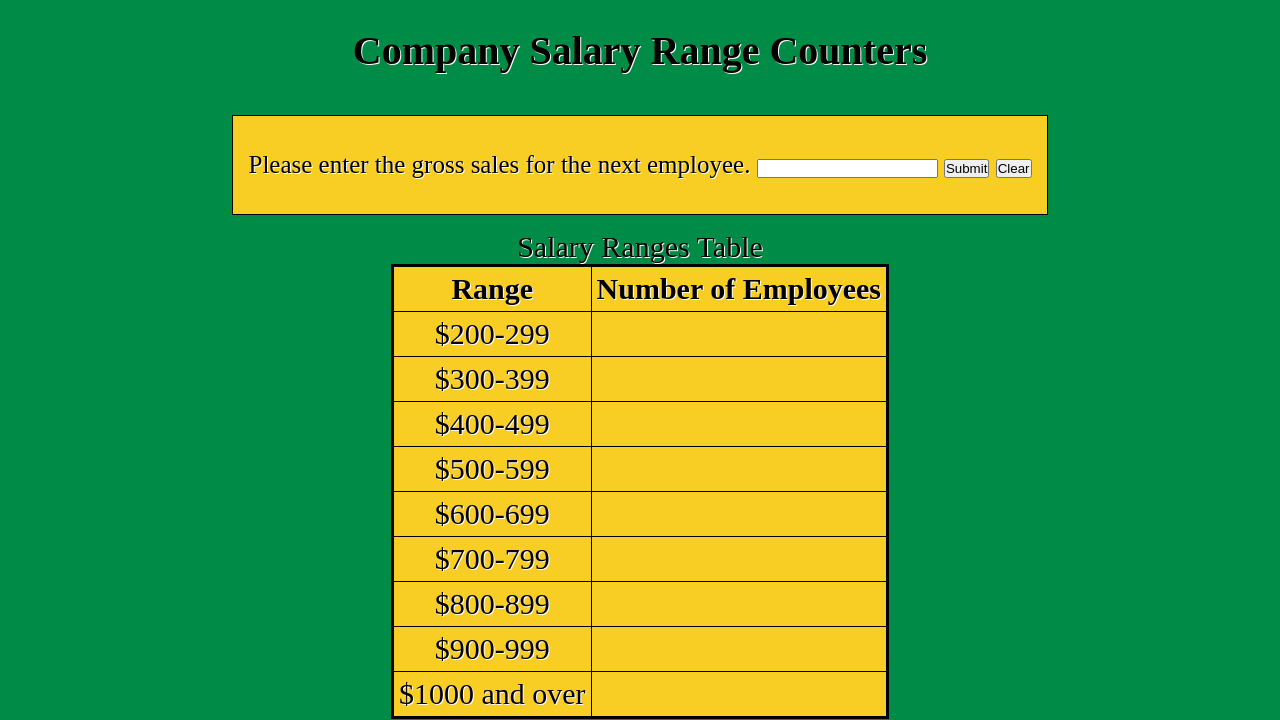
Repository: mlmEFSC21/P17-Sales-Commision
Page: sales.html
These files come from the project's save history. The page is drawn as it stood at one moment and after the next save; the edit follows.
The browser window is 1280 px wide. The pictures show the whole page.

Above is the page before, as saved 2022-04-02 08:37:35.

### sales.html
<!DOCTYPE html>
<html lang="en">
    <head>
        <meta charset="UTF-8" />
        <meta http-equiv="X-UA-Compatible" content="IE=edge" />
        <meta name="viewport" content="width=device-width, initial-scale=1.0" />
        <link rel="stylesheet" href="sales.css" />
        <script defer src="sales.js"></script>
        <title>Company Salary Range Counters</title>
    </head>
    <body>
        <header class="mainHeader">
            <h1>Company Salary Range Counters</h1>
        </header>
        <section class="mainContent">
            <div class="formContainer" id="formContainer">
                <form class="salaryForm" id="salaryForm">
                    <label for="grossSales"
                        >Please enter the gross sales for the next employee.</label
                    >
                    <input type="text" name="grossSales" class="salesInp" id="salesInp" required />
                    <button type="submit" class="submit-btn" id="submit-btn">Submit</button>
                    <button type="reset" class="clear-btn" id="clear-btn">Clear</button>
                </form>
            </div>
            <div class="tableContainer" id="tableContainer">
                <table>
                    <caption>
                        Salary Ranges Table
                    </caption>
                    <thead>
                        <tr>
                            <th>Range</th>
                            <th>Number of Employees</th>
                        </tr>
                    </thead>
                    <tbody>
                        <tr>
                            <td>$200-299</td>
                            <td class="ranges" id="ranges"></td>
                        </tr>
                        <tr>
                            <td>$300-399</td>
                            <td class="ranges" id="ranges"></td>
                        </tr>
                        <tr>
                            <td>$400-499</td>
                            <td class="ranges" id="ranges"></td>
                        </tr>
                        <tr>
                            <td>$500-599</td>
                            <td class="ranges" id="ranges"></td>
                        </tr>
                        <tr>
                            <td>$600-699</td>
                            <td class="ranges" id="ranges"></td>
                        </tr>
                        <tr>
                            <td>$700-799</td>
                            <td class="ranges" id="ranges"></td>
                        </tr>
                        <tr>
                            <td>$800-899</td>
                            <td class="ranges" id="ranges"></td>
                        </tr>
                        <tr>
                            <td>$900-999</td>
                            <td class="ranges" id="ranges"></td>
                        </tr>
                        <tr>
                            <td>$1000 and over</td>
                            <td class="ranges" id="ranges"></td>
                        </tr>
                    </tbody>
                    <tfoot></tfoot>
                </table>
            </div>
        </section>
    </body>
</html>

### sales.css
:root {
    --clr-background: #008b47;
    --clr-primary: #f8cd24;
    --clr-secondary: #6bb64a;
}
*,
*::after,
*::before {
    box-sizing: border-box;
    margin: 0;
    padding: 0;
}
body {
    background-color: var(--clr-background);
    font-size: 20px;
    text-shadow: 1px 1px #fff;
}
.mainHeader {
    display: flex;
    align-items: center;
    justify-content: center;
    height: 100px;
}

.mainContent {
    display: flex;
    flex-direction: column;
}
.formContainer {
    display: flex;
    height: 100px;
    font-size: 1.25em;
    align-self: center;
    justify-self: center;
    align-items: center;
    justify-content: center;
    border: 1px ridge black;
    margin: 15px;
    padding: 15px;
    background-color: var(--clr-primary);
}
.tableContainer {
    justify-self: center;
    align-self: center;
}
table {
    border-collapse: collapse;
    border: 3px solid black;
    font-size: 1.5em;
    background-color: var(--clr-primary);
}
th,
tr,
td {
    border: 1px solid black;
    margin: 5px;
    padding: 5px;
    text-align: center;
}

### sales.js
//  base salary = $200 + commission
// commission = gross sales * 9%
// range floor / 100 - 2 = index 0 - 8
// test: x1 = Math.floor(218 / 100) - 2;
// works for all ranges below the last. Just check for >1000 first.
const baseSalary = 200;
let commissionAmount = 0;
let totalSalary = 0;
let employeeNum = 0;
let salaryRanges = [0, 0, 0, 0, 0, 0, 0, 0, 0];
let weeklyGrossSales = [];

const form = document.querySelector("#salaryForm");
const salesInput = document.getElementById("salesInp");
const td = document.querySelectorAll("td#ranges");
form.addEventListener("submit", getWeeklySal);
const resetBtn = document.querySelector("#clear-btn");
resetBtn.addEventListener("click", clearAllSalaries);

function getWeeklySal(e) {
    e.preventDefault();
    employeeNum++;
    weeklyGrossSales = parseInt(salesInput.value);
    calcCommission();
    calcTotalWeeklySalary();
    calcSalaryRange(totalSalary);
    fillRangeCol();
    salesInput.value = "";
}
function calcCommission() {
    commissionAmount = weeklyGrossSales * 0.09;
}
function calcTotalWeeklySalary() {
    totalSalary = baseSalary + commissionAmount;
    console.log(totalSalary);
    console.log(salaryRanges);
}
function calcSalaryRange(totalSalary) {
    if (totalSalary >= 1000) {
        salaryRanges[8] += 1;
    } else if (totalSalary < 1000) {
        let i = Math.floor(totalSalary / 100) - 2;
        salaryRanges[i] = salaryRanges[i] + 1;
    }
}
//append the table
function fillRangeCol() {
    for (let i = 0; i < salaryRanges.length; i++) {
        td[i].innerText = salaryRanges[i];
    }
}
//reset button
function clearAllSalaries() {
    salesInput.value = "";
    salaryRanges = [0, 0, 0, 0, 0, 0, 0, 0, 0];
    weeklyGrossSales = [];
    for (let i = 0; i < salaryRanges.length; i++) {
        td[i].innerText = 0;
    }
}

console.log(salaryRanges);
console.log(weeklyGrossSales);

After the next save:
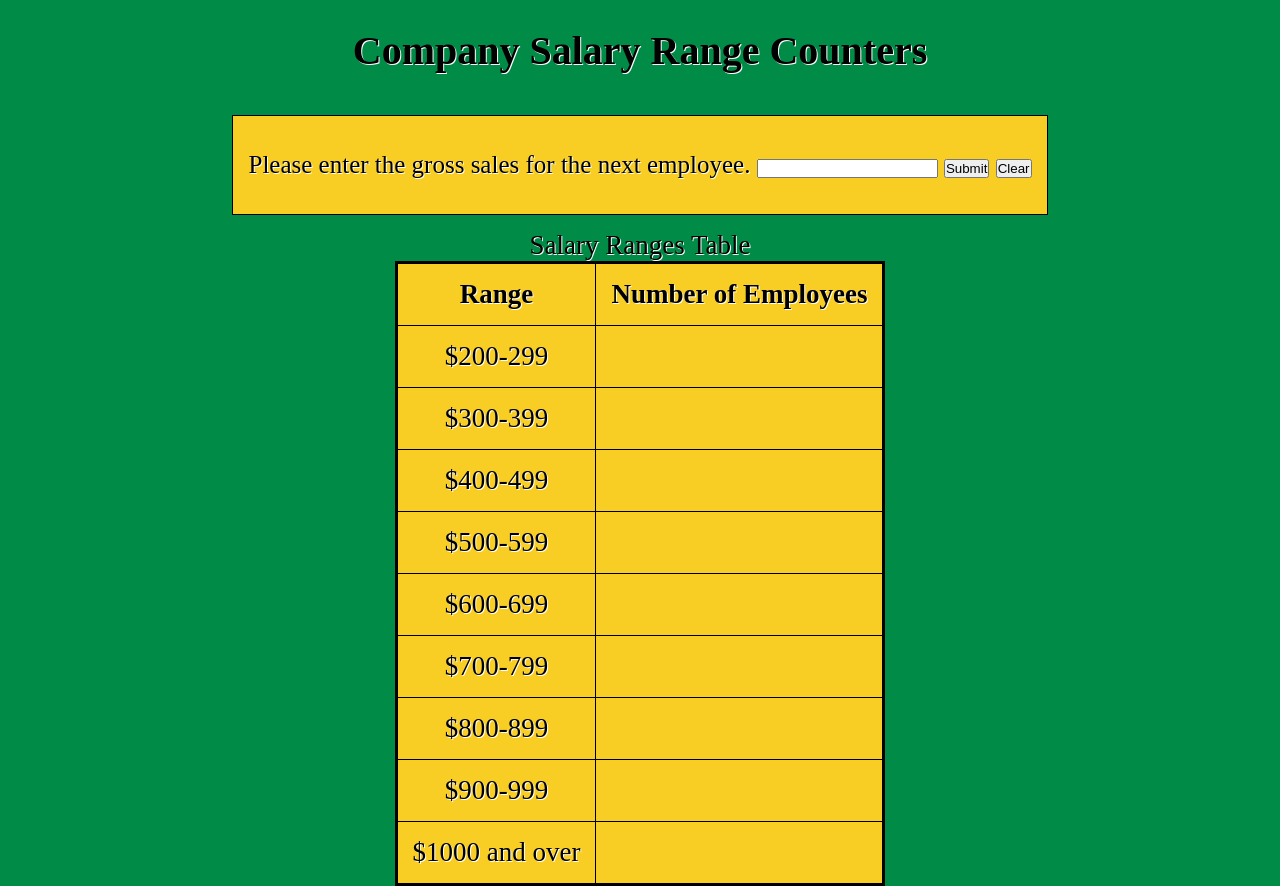
Saved 19 s later.
--- a/sales.css
+++ b/sales.css
@@ -46,14 +46,14 @@ body {
 table {
     border-collapse: collapse;
     border: 3px solid black;
-    font-size: 1.5em;
+    font-size: 1.35em;
     background-color: var(--clr-primary);
 }
 th,
 tr,
 td {
     border: 1px solid black;
-    margin: 5px;
-    padding: 5px;
+    margin: 15px;
+    padding: 15px;
     text-align: center;
 }
